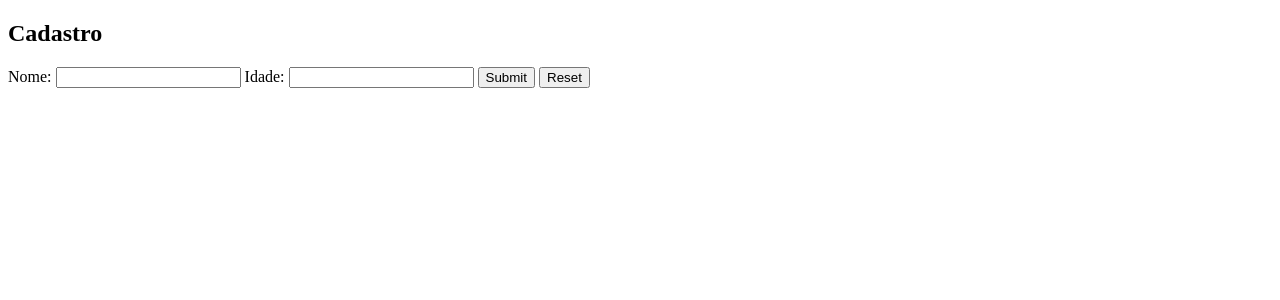
Repository: AugustoZx/cliente-servidor
Page: http://localhost/exemploAula5/Cadastro.jsp
An editor plug-in stored every save of this project. The page is shown before and after the next save, followed by the edit.
The browser window is 1280 px wide. The pictures show the whole page.
The page is served by Tomcat 9.

Above is the page before, as saved 2023-09-06 12:13:12.

After the next save:
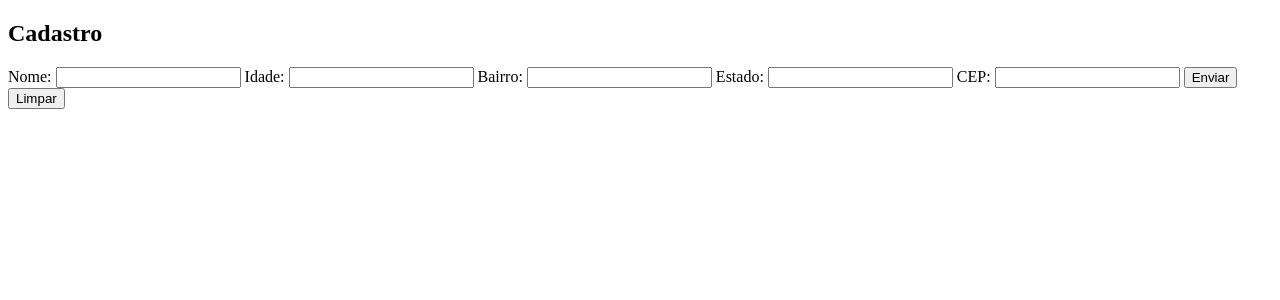
Saved 8 min 28 s later.
--- a/Cliente-servidor/Aula03/exemploAula5/src/main/webapp/Cadastro.jsp
+++ b/Cliente-servidor/Aula03/exemploAula5/src/main/webapp/Cadastro.jsp
@@ -13,7 +13,14 @@
 		<input type="text" name="nome" id="nome">
 		<label>Idade:</label>
 		<input type="text" name="idade" id="idade">
-		<input type="submit"> <input type="reset">
+		<label>Bairro:</label>
+		<input type="text" name="bairro" id="bairro">
+		<label>Estado:</label>
+		<input type="text" name="estado" id="estado">
+		<label>CEP:</label>
+		<input type="text" name="cep" id="cep">
+		<input type="submit" value="Enviar"> <br> <input type="reset" value="Limpar">
+
 	</form>
 </body>
 </html>
